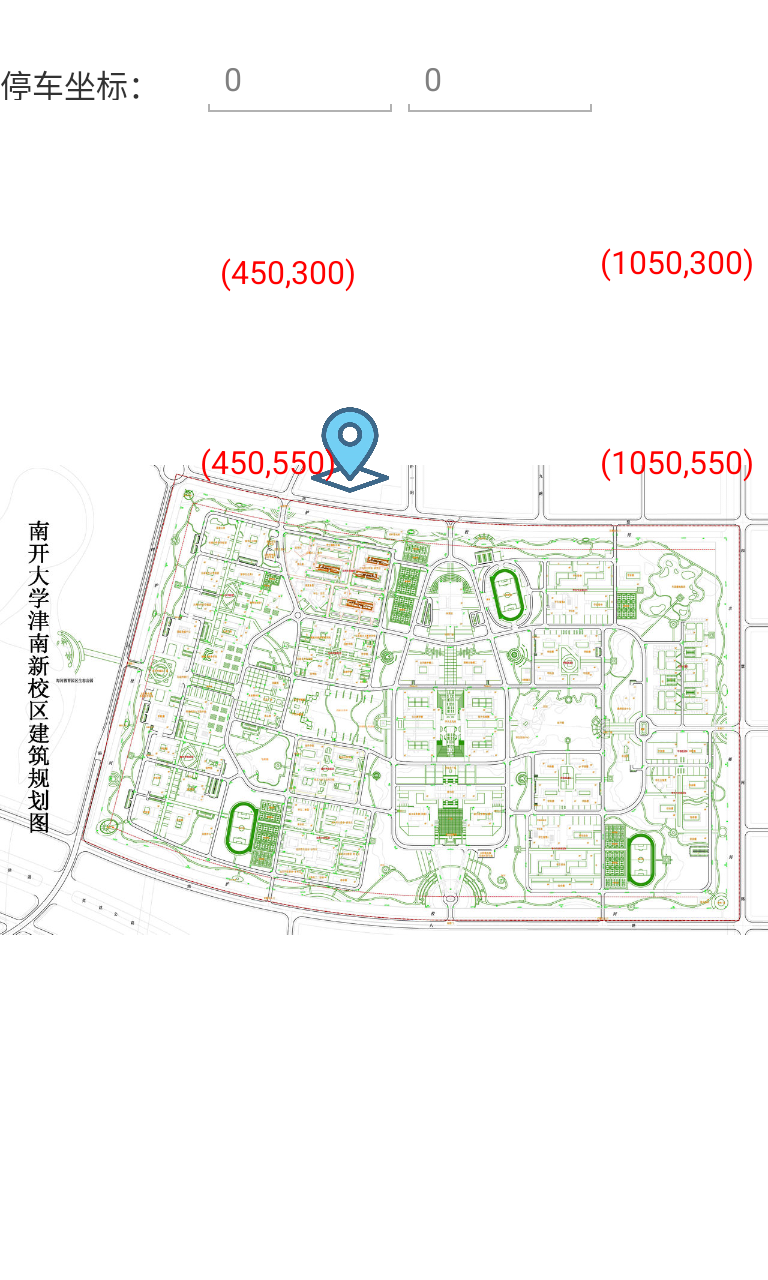
Repository: CovaWang/temporary_embedded
Layout: 7#车联·共享单车/代码/代码/res/layout/compass.xml
The author's editor kept a copy of each file at every save. The layout is drawn from the files as they stood at one save, then again after the next save.
It is drawn on a 768 x 1280 px phone screen (xhdpi) without system bars, with theme AppTheme; the app's code is not run.

Above is the layout before, as saved 2024-04-25 11:49:34.

After the next save:
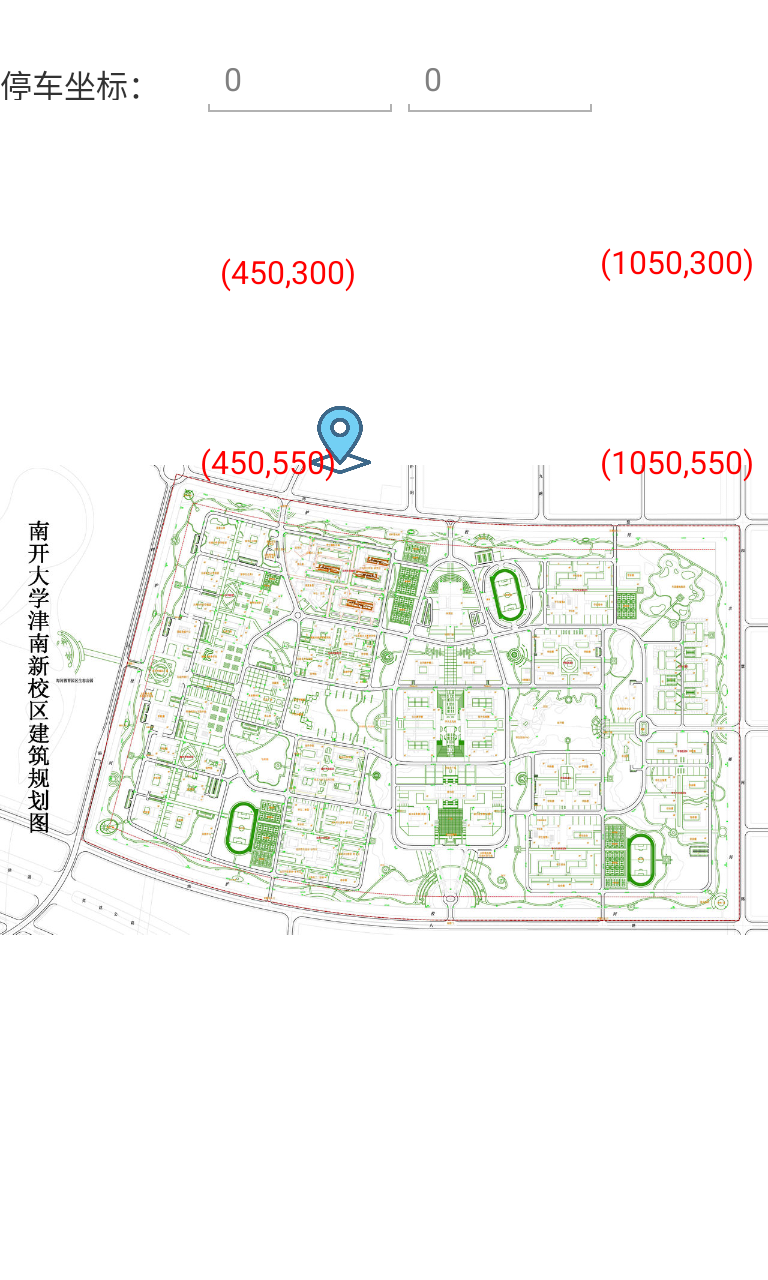
Saved 46 s later.
--- a/7#车联·共享单车/代码/代码/res/layout/compass.xml
+++ b/7#车联·共享单车/代码/代码/res/layout/compass.xml
@@ -49,8 +49,8 @@
     <!-- 当前位置 -->
      <ImageView
         android:id="@+id/compass_sit"
-        android:layout_width="50dp"
-        android:layout_height="50dp"
+        android:layout_width="40dp"
+        android:layout_height="40dp"
         android:layout_marginTop='200dp'
 	    android:layout_marginLeft='150dp'
         android:src="@drawable/situation"
